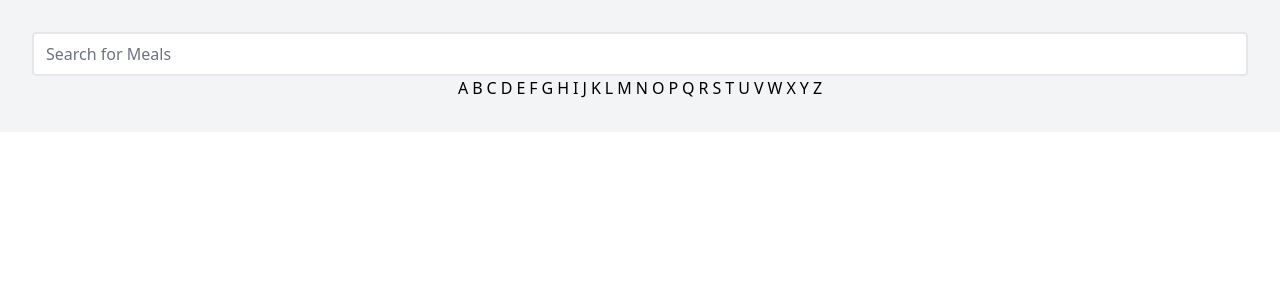
Repository: HalemX/meals
Page: /
The author's editor kept a copy of each file at every save. The page is drawn from the files as they stood at one save, then again after the next save.
The browser window is 1280 px wide. The pictures show the whole page.
The page's requests for data from a server got no answer. The project was rebuilt for these pictures with package versions that can differ from the ones it lists, and the page was loaded fresh each time. No one was signed in, and anything a server would have sent is missing. Also part of the build but not shown: vite.config.js, src/pages/MealsList.vue.

Above is the page before, as saved 2024-02-08 16:18:30.

### src/main.js
import { createApp } from "vue";

import router from "./router";
import store from "./store";
import "./style.css";

import App from "./App.vue";

const app = createApp(App);
app.use(router);
app.use(store);

app.mount("#app");

### src/router/index.js
import { createRouter, createWebHistory } from "vue-router";

import Home from "../pages/Home.vue";
import MealsList from "../pages/MealsList.vue";

const routes = [
  {
    path: "/",
    name: "home",
    component: Home,
  },
  {
    path: "/letter/:letter",
    name: "byLetter",
    component: MealsList,
  },
];

const router = createRouter({
  history: createWebHistory(),
  routes,
});

export default router;

### src/store/index.js
import { createStore } from "vuex";

import mealsModule from "./modules/meals/index";

const store = createStore({
  modules: {
    mealsModule,
  },
});

export default store;

### src/App.vue
<template>
  <div class="bg-gray-100">
    <header></header>
    <main>
      <router-view />
    </main>
  </div>
</template>

<style scoped></style>

### src/pages/Home.vue
<template>
  <div class="flex flex-col p-8 justify-center">
    <input
      type="text"
      class="w-full rounded border-2 border-gray-200"
      placeholder="Search for Meals"
    />
    <div class="flex gap-1 justify-center">
      <router-link
        :to="{ name: 'byLetter', params: { letter } }"
        v-for="letter in letters"
        :key="letter"
      >
        {{ letter }}</router-link
      >
    </div>
    <div>{{ meals }}</div>
  </div>
</template>

<script>
import { computed, onMounted } from "vue";
import { useStore } from "vuex";

export default {
  setup() {
    const store = useStore();

    const letters = "ABCDEFGHIJKLMNOPQRSTUVWXYZ".split("");

    function loadMeals() {
      store.dispatch("fetchMeals");
    }

    onMounted(() => {
      loadMeals();
    });

    const meals = computed(() => {
      return store.getters.getMeals;
    });

    return { letters, meals };
  },
};
</script>

### src/store/modules/meals/index.js
import mutations from "./mutations";
import actions from "./actions";
import getters from "./getters";

export default {
  state() {
    return {
      meals: [],
    };
  },

  mutations,
  actions,
  getters,
};

### src/store/modules/meals/mutations.js
export default {
  setMeals(state, payload) {
    state.meals = payload;
  },
};

### src/store/modules/meals/actions.js
export default {
  async fetchMeals(context) {
    const response = await fetch("https://fakestoreapi.com/products?limit=20");

    const responseData = await response.json();

    if (!response.ok) {
      const error = new Error(responseData.message || "Failed to fetch Meals");
      throw error;
    }

    console.log(responseData);

    // const meals = [];

    // for (const key in responseData) {
    //   const request = {
    //     id: key,
    //     coachId: coachId,
    //     userEmail: responseData[key].userEmail,
    //     message: responseData[key].message,
    //   };
    //   requests.push(request);
    // }

    context.commit("setMeals", responseData);
  },
};

### src/store/modules/meals/getters.js
export default {
  getMeals(state) {
    if (state.meals.length == 0) {
      state.meals = null;
    }
    return state.meals;
  },
};

### tailwind.config.js
/** @type {import('tailwindcss').Config} */
export default {
  content: ["./index.html", "./src/**/*.{vue,js,ts,jsx,tsx}"],
  theme: {
    extend: {},
  },
  plugins: [
    require("@tailwindcss/forms"),
    // ...
  ],
};

Loaded but not shown: index.html (common file); src/style.css (common file)

After the next save:
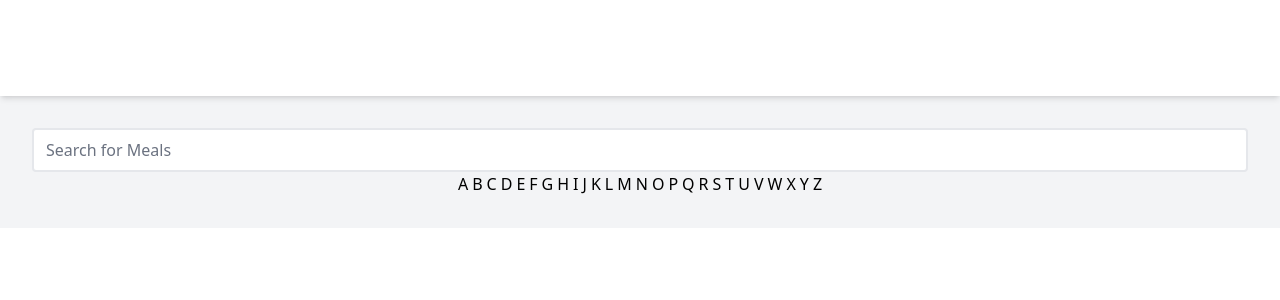
Saved 37 s later.
--- a/src/App.vue
+++ b/src/App.vue
@@ -1,6 +1,6 @@
 <template>
   <div class="bg-gray-100">
-    <header></header>
+    <header class="bg-white shadow-md h-24"></header>
     <main>
       <router-view />
     </main>
